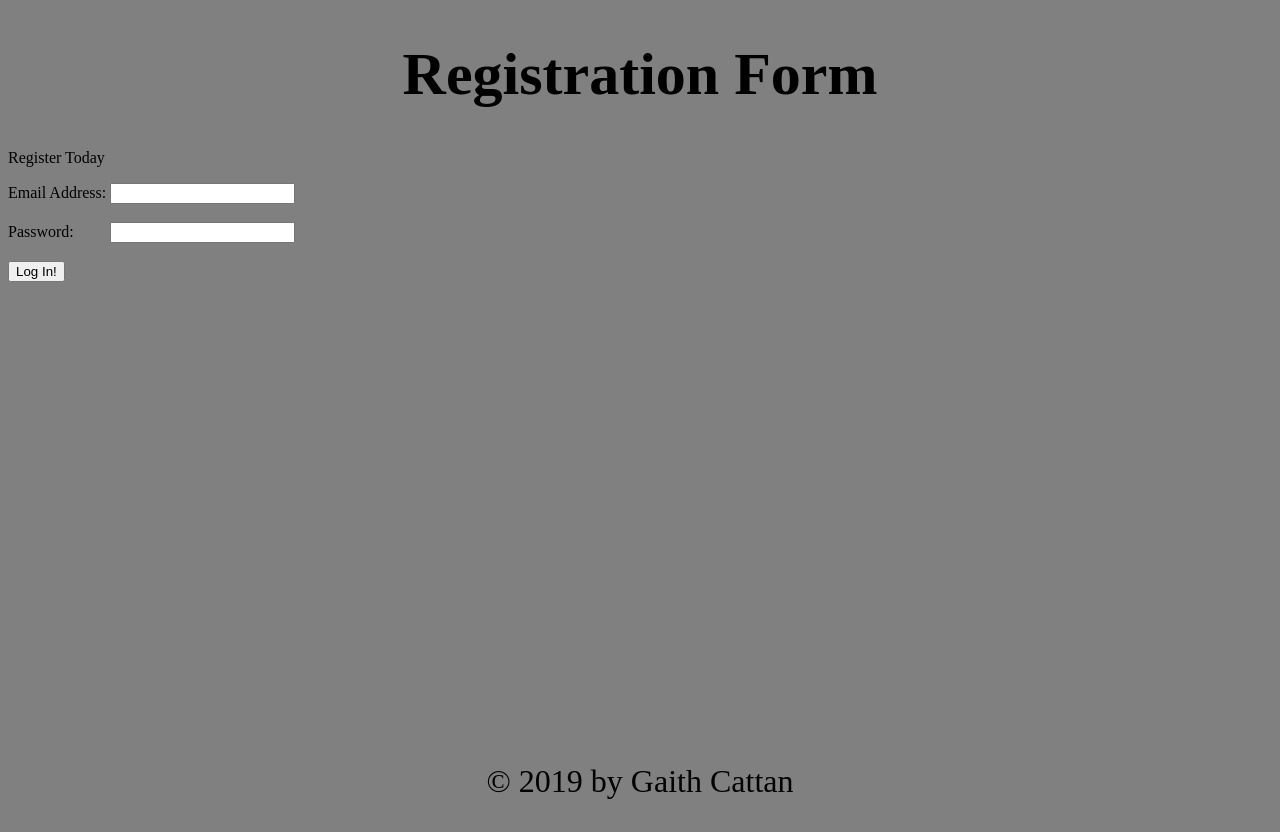
Repository: GaithCattan/COSW30
Page: labwork/lab2/registration.html
The author's editor kept a record of every edit. The page is drawn from the files as they stood at one moment, then again after the next edit.
The browser window is 1280 px wide. The pictures show the whole page.

Above is the page before.

After the next edit:
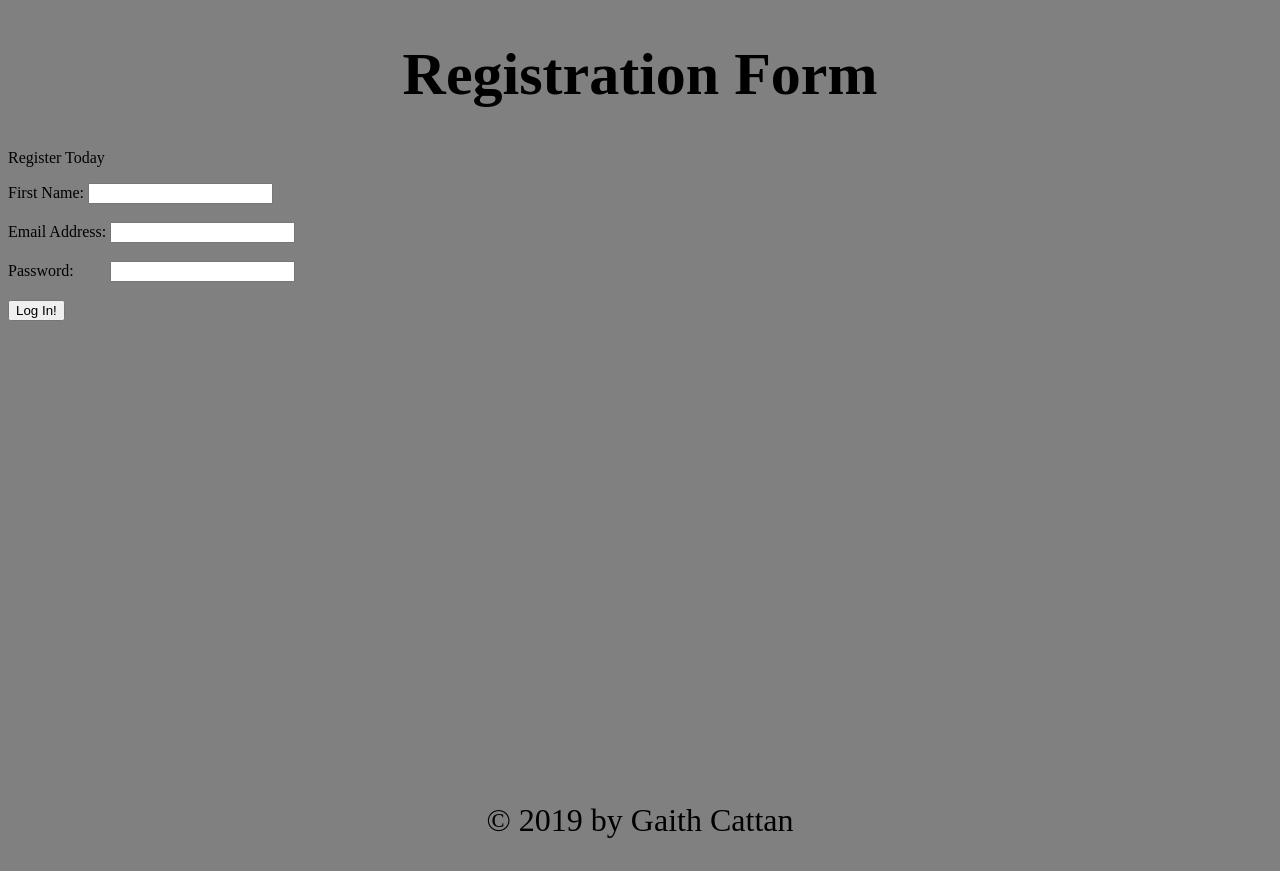
The edit:
--- a/labwork/lab2/registration.html
+++ b/labwork/lab2/registration.html
@@ -16,7 +16,14 @@
         <h1>Registration Form</h1>
         <p>Register Today</p>
 
-         <form action="process-login.php" method="POST">
+         <form action="process_registration.php" method="POST">
+             <lable for="first_name">First Name:</lable>
+             <input type="text" id="first_name" name="first_name" required>
+             <br><br>
+
+
+
+
              <lable for="email">Email Address:</lable>
              <input type="text" id="email" name="email" required>
              <br><br>
